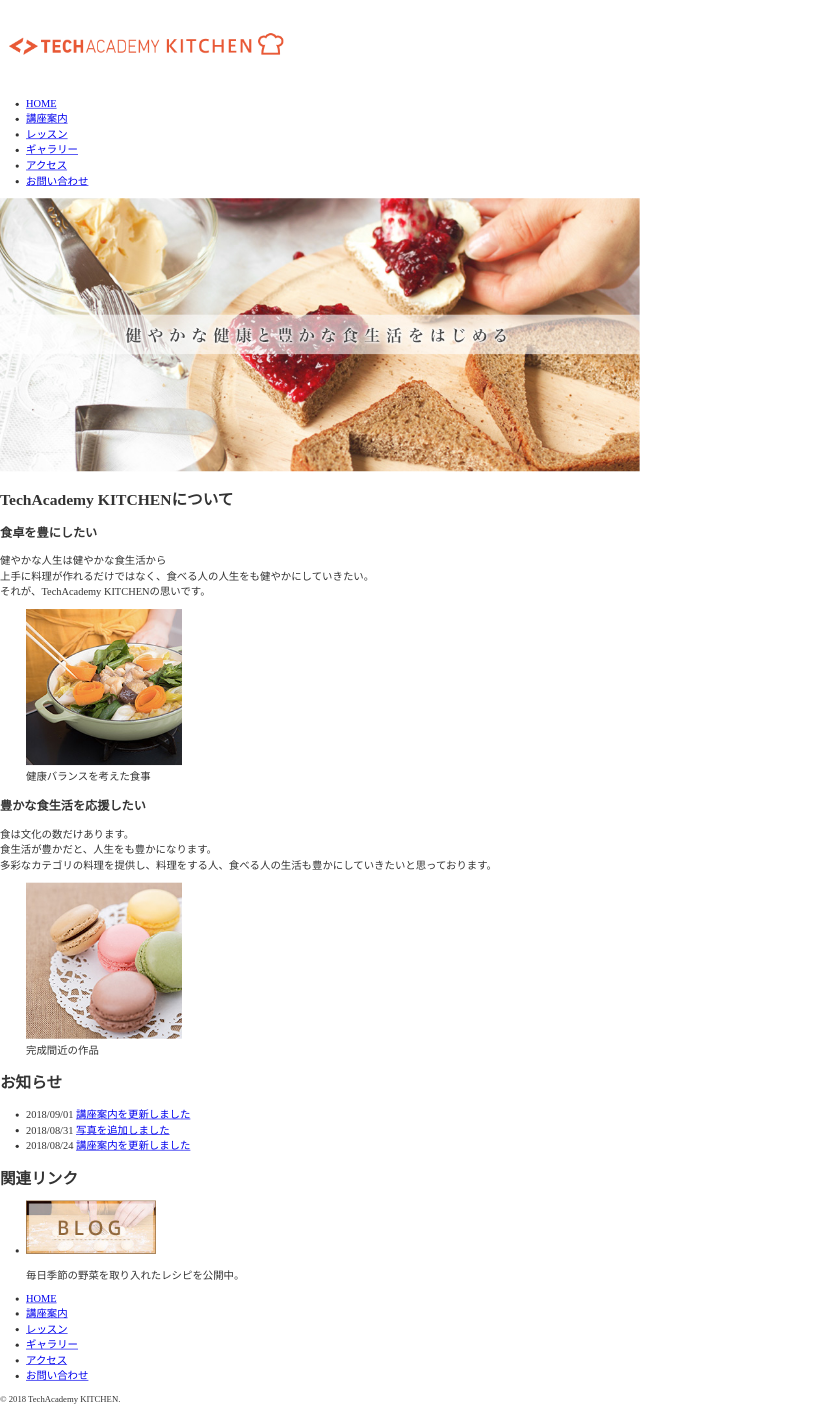
Repository: kazumasatomoto/kadai-tasklist-
Page: kitchen.html
The author's editor kept a record of every edit. The page is drawn from the files as they stood at one moment, then again after the next edit.
The browser window is 1280 px wide. The pictures show the whole page, at 65% of full size.

Above is the page before.

### kitchen.html
<!DOCTYPE html>
<html lang="ja">
    <head>
        <meta charset="UTF-8">
        <title>TechAcademy KITCHEN</title>
        <link rel="stylesheet" href="kitchen.css">
    </head>
    <body>

    <header>
        <h1><a href="kitchen.html"><img src="images_kitchen/logo.png" alt="TechAcademy KITCHEN"></a></h1>
        <nav id="global_navi">
            <ul>
                <li class="current"><a href="kitchen.html">HOME</a></li>
                <li><a href="course.html">講座案内</a></li>
                <li><a href="lesson.html">レッスン</a></li>
                <li><a href="gallery.html">ギャラリー</a></li>
                <li><a href="access.html">アクセス</a></li>
                <li><a href="contact.html">お問い合わせ</a></li>
    </header>

    <div id="main_visual">
        <img src="images_kitchen/main_visual.jpg" alt="健やかな健康と豊かな食生活をはじめる">
    </div>
    <div id="wrapper">
        <div id-"main">
        <section id="point">
            <h2>TechAcademy KITCHENについて</h2>
            <section>
                <h3>食卓を豊にしたい</h3>
                <div class="point">
                    <p>
                        健やかな人生は健やかな食生活から<br>
                        上手に料理が作れるだけではなく、食べる人の人生をも健やかにしていきたい。<br>
                        それが、TechAcademy KITCHENの思いです。
                    </p>
                    <figure>
                        <img src="images_kitchen/photo01.jpg" alt="TechAcademy KITCHENについて1">
                        <figcaption>健康バランスを考えた食事</figcaption>
                    </figure>
                </div>
            </section>
            <section>
                <h3>豊かな食生活を応援したい</h3>
                <div class="point">
                            <p>
                                食は文化の数だけあります。<br>
                                食生活が豊かだと、人生をも豊かになります。 <br>
                                多彩なカテゴリの料理を提供し、料理をする人、食べる人の生活も豊かにしていきたいと思っております。
                            </p>
                            <figure>
                                <img src="images_kitchen/photo02.jpg" alt="TechAcademy KITCHENについて2">
                                <figcaption>完成間近の作品</figcaption>
                            </figure>
                        </div>
                    </section>
                    <section id="news">
                    <h2>お知らせ</h2>
                    <ul>
                        <li>
                            <span>2018/09/01</span>
                            <a href="course.html">講座案内を更新しました</a>
                        </li>
                        <li>
                            <span>2018/08/31</span>
                            <a href="gallery.html">写真を追加しました</a>
                        </li>
                        <li>
                            <span>2018/08/24</span>
                            <a href="course.html">講座案内を更新しました</a>
                        </li>
                    </ul>
                </section>
                </div>
        </section>
        </div>

        <aside id="sidebar">
            <section id="side_banner">
                <h2>関連リンク</h2>
                    <ul>
                        <li>
                            <a href="https://techacademy.jp/magazine/" target="_blank"><img src="images_kitchen/banner01.jpg" alt="ブログ"></a>
                            <p>毎日季節の野菜を取り入れたレシピを公開中。</p>
                        </li>
                    </ul>
            </section>
        </aside>
    </div>

    <footer>
        <div id="footer_navi">
                <ul>
                    <li><a href="kitchen.html">HOME</a></li>
                    <li><a href="course.html">講座案内</a></li>
                    <li><a href="lesson.html">レッスン</a></li>
                    <li><a href="gallery.html">ギャラリー</a></li>
                    <li><a href="access.html">アクセス</a></li>
                    <li><a href="contact.html">お問い合わせ</a></li>
                </ul>
            </div>
            <small>&copy; 2018 TechAcademy KITCHEN.</small>
    </footer>

    </body>
</html>

### kitchen.css
@charset "UTF-8";

body{
    margin: 0;
    padding: 0;
    color: #333;

}

After the next edit:
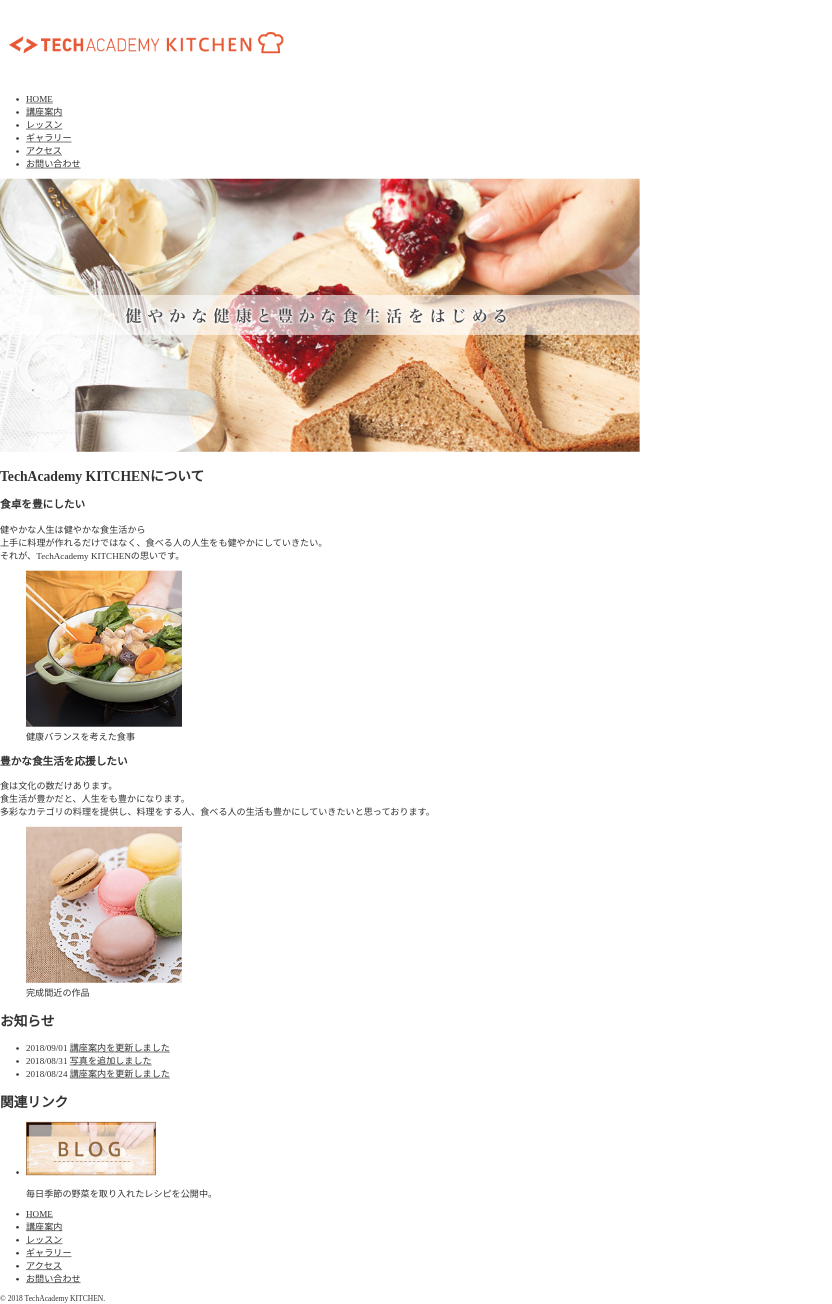
The edit:
--- a/kitchen.css
+++ b/kitchen.css
@@ -4,5 +4,16 @@
     margin: 0;
     padding: 0;
     color: #333;
+    font-size: 14px;
+    font-family: "Hiragino Sans";
+}
+a{color: #333;
 
 }
+a:visited {color: #333
+}
+a:hover {
+    color: #333;
+    font-weight: 700;
+    text-decoration: none;
+}
